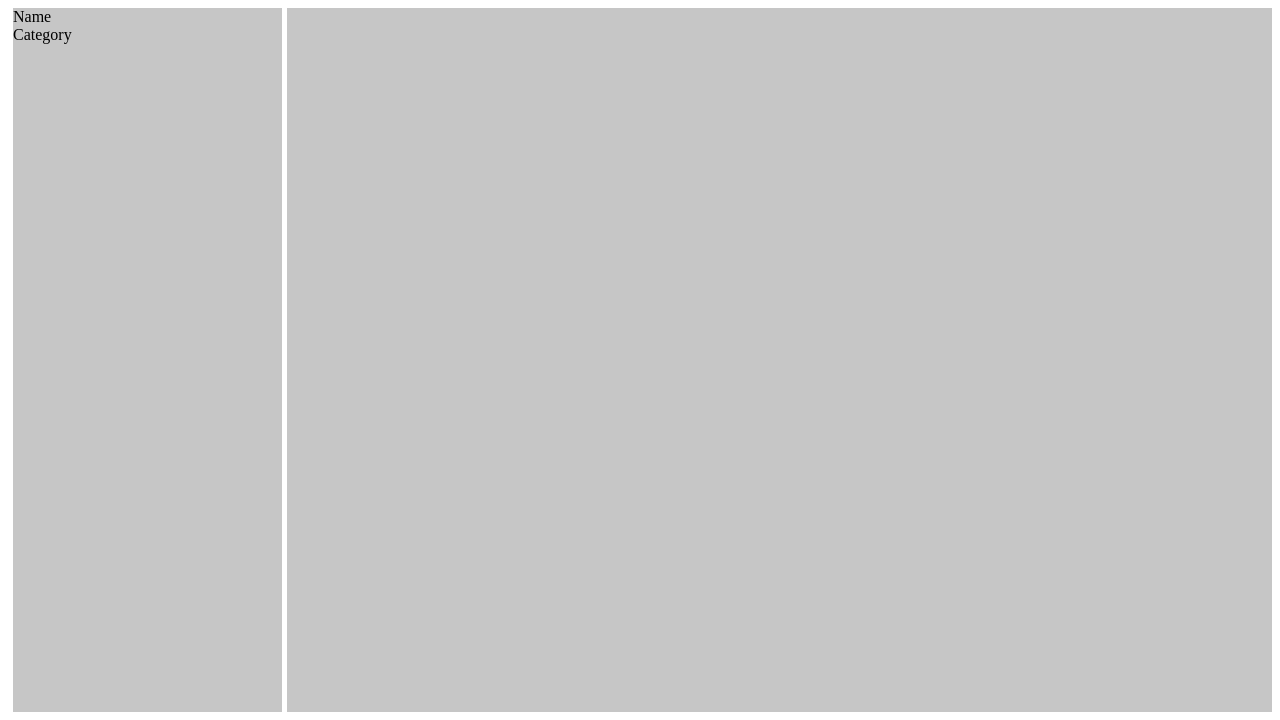
Repository: Sarah7223/internet-programming-tp
Page: TP2/TP02.6.html
An editor plug-in stored every save of this project. The page is shown before and after the next save, followed by the edit.
The browser window is 1280 px wide. The pictures show the whole page.

Above is the page before, as saved 2023-01-14 12:42:15.

### TP2/TP02.6.html
<html>

<head>
    <style>
        .background{
            height: 100%;
            width: 100%;
            display: flex;
            justify-content: center;
            align-items: center;
            flex-direction: row;
        }
        .first-raw{
            display: flex;
            width: 300px;
            height:100%;
            background-color: rgb(198, 198, 198);
            margin: 5px;
            flex-direction: column;
        }
        .second-raw{
            display: flex;
            width: 1100px;
            height:100%;
            background-color: rgb(198, 198, 198);
            flex-direction: column;

        }


    </style>
</head>
<body>
    <div class="background">
        <div class="first-raw">
            <div>Name</div>
            <div>Category</div>
        </div>
        <div class="second-raw">

        </div>

    </div>



    <script>


    </script>

</body>
</html>

After the next save:
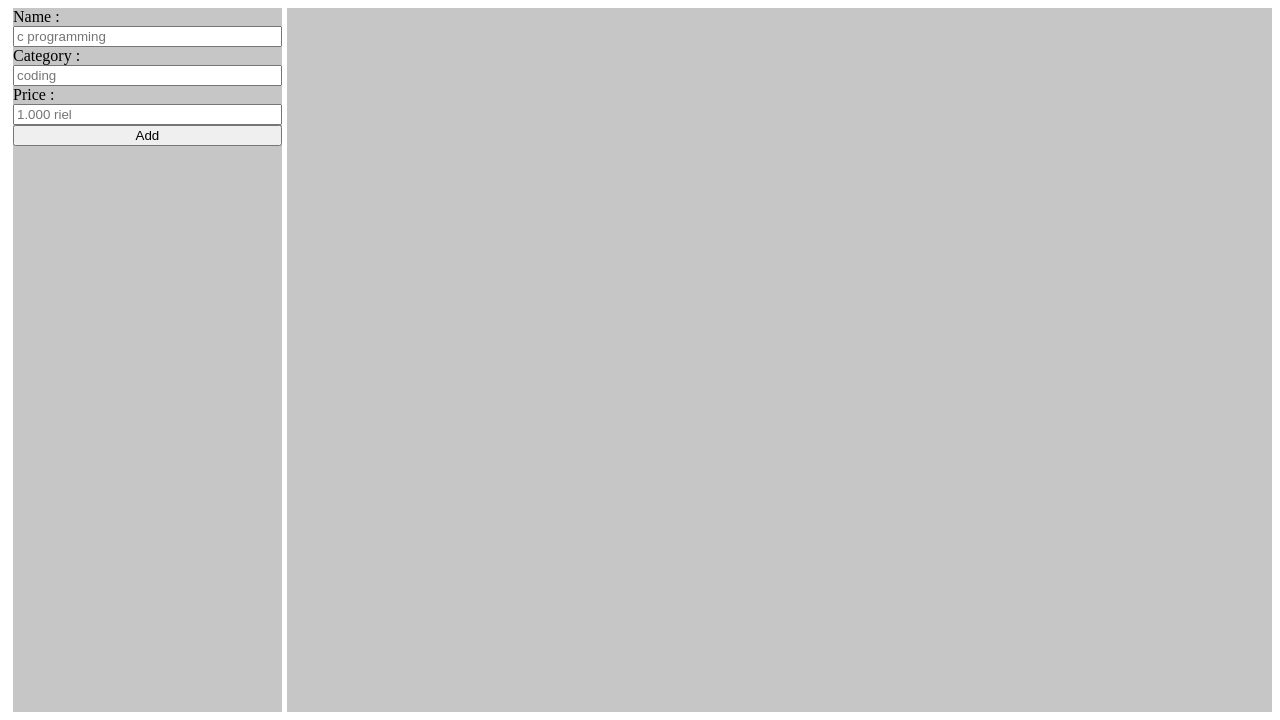
Saved 2 min 25 s later.
--- a/TP2/TP02.6.html
+++ b/TP2/TP02.6.html
@@ -33,8 +33,13 @@
 <body>
     <div class="background">
         <div class="first-raw">
-            <div>Name</div>
-            <div>Category</div>
+            <div>Name :</div>
+            <input type="text" placeholder="c programming"/>
+            <div>Category :</div>
+            <input type="text" placeholder="coding"/>
+            <div>Price :</div>
+            <input type="text" placeholder="1.000 riel"/>
+            <button>Add</button>
         </div>
         <div class="second-raw">
 
